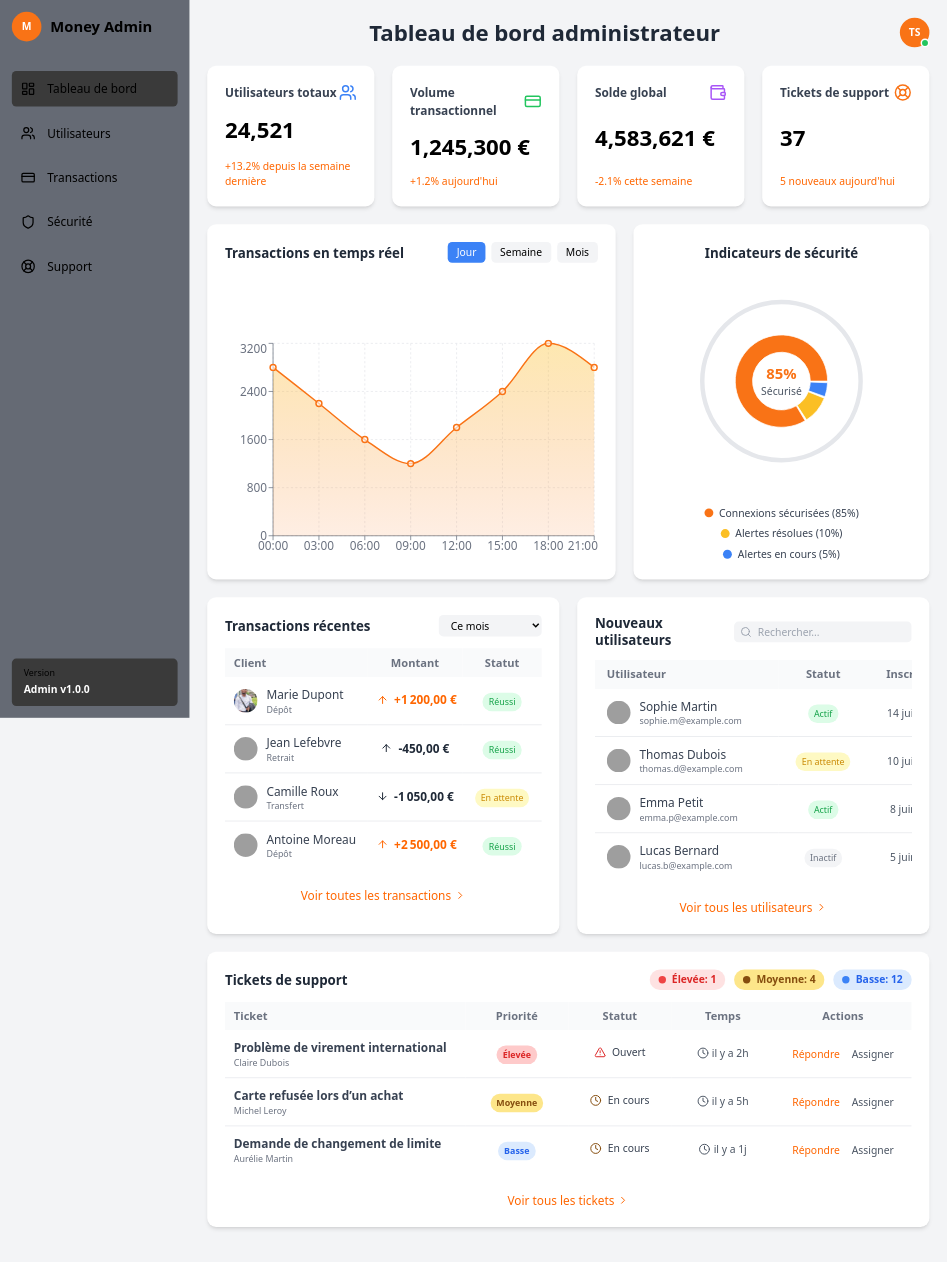
Repository: Edongo999/Dashboard
Page: /
The author's editor kept a copy of each file at every save. The page is drawn from the files as they stood at one save, then again after the next save.
The browser window is 1280 px wide. The pictures show the whole page, at 74% of full size.
Pictures or frames that could not be fetched are drawn as grey boxes. The project was rebuilt for these pictures with package versions that can differ from the ones it lists, and the page was loaded fresh each time. Also part of the build but not shown: vite.config.ts.

Above is the page before, as saved 2025-10-15 08:21:05.

### index.html
<!doctype html>
<html lang="en">
  <head>
    <meta charset="UTF-8" />
    <link rel="icon" type="image/svg+xml" href="/vite.svg" />
    <meta name="viewport" content="width=device-width, initial-scale=1.0" />
    <title>mon_dashboard</title>
  </head>
  <body>
    <div id="root"></div>
    <script type="module" src="/src/main.tsx"></script>
  </body>
</html>

### src/App.tsx
import Sidebar from "./components/Sidebar"
import StatBlock from "./components/StatBlock"
import UserAvatar from "./components/UserAvatar"
import RealtimeChart from "./components/RealtimeChart"
import SecurityIndicators from "./components/SecurityIndicators"
import RecentActivity from "./components/RecentActivity"
import NewUsersTable from "./components/NewUsersTable"
import SupportTickets from "./components/SupportTickets"
import { Users, CreditCard, Wallet, LifeBuoy } from "lucide-react"

const App = () => {
  const kpis = [
    {
      title: "Utilisateurs totaux",
      value: "24,521",
      subtext: "+13.2% depuis la semaine dernière",
      icon: <Users />,
      iconColor: "text-blue-500"
    },
    {
      title: "Volume transactionnel",
      value: "1,245,300 €",
      subtext: "+1.2% aujourd'hui",
      icon: <CreditCard />,
      iconColor: "text-green-500"
    },
    {
      title: "Solde global",
      value: "4,583,621 €",
      subtext: "-2.1% cette semaine",
      icon: <Wallet />,
      iconColor: "text-purple-500"
    },
    {
      title: "Tickets de support",
      value: "37",
      subtext: "5 nouveaux aujourd'hui",
      icon: <LifeBuoy />,
      iconColor: "text-orange-500"
    }
  ]

  return (
    <div className="flex min-h-screen bg-[#F3F4F6]">

      {/* ✅ Sidebar monté une seule fois, gère le responsive */}
      <Sidebar />

      {/* ✅ Contenu principal */}
      <main className="flex-1 overflow-auto p-6">

        {/* ✅ Titre centré en mobile, une ligne en desktop + avatar fixe */}
        <div className="relative mb-6">
          {/* ✅ Avatar toujours en haut à droite */}
          <div className="absolute top-0 right-0">
            <UserAvatar />
          </div>

          {/* ✅ Titre centré en mobile, inline en desktop */}
          <h1 className="text-3xl font-bold text-gray-800 leading-snug text-center pr-16">
            <span className="block lg:inline">Tableau de bord</span>
            <span className="block lg:inline"> administrateur</span>
          </h1>
        </div>

        {/* ✅ Cartes KPI */}
        <div className="grid grid-cols-1 sm:grid-cols-2 lg:grid-cols-4 gap-6 mb-6">
          {kpis.map((kpi, i) => (
            <StatBlock key={i} {...kpi} />
          ))}
        </div>

        {/* ✅ Section monitoring élargie sur desktop */}
        <div className="grid grid-cols-1 lg:grid-cols-[1.6fr_400px] gap-6 mb-6 w-full">
          <RealtimeChart />
          <SecurityIndicators />
        </div>

        {/* ✅ Section activité + utilisateurs côte à côte */}
        <div className="grid grid-cols-1 lg:grid-cols-2 gap-6 mb-6">
          <RecentActivity />
          <NewUsersTable />
        </div>

        {/* ✅ Dernière section : tickets de support */}
        <div className="grid grid-cols-1 gap-6 mb-6">
          <SupportTickets />
        </div>
      </main>
    </div>
  )
}

export default App

### src/components/Sidebar.tsx

import {
  LayoutDashboard,
  Users,
  CreditCard,
  Shield,
  LifeBuoy,
  Menu,
  XIcon
} from "lucide-react"
import { useState } from "react"

const Sidebar = () => {
  const [mobileOpen, setMobileOpen] = useState(false)
  const [active, setActive] = useState("Tableau de bord")

  const menuItems = [
    { label: "Tableau de bord", icon: <LayoutDashboard size={20} /> },
    { label: "Utilisateurs", icon: <Users size={20} /> },
    { label: "Transactions", icon: <CreditCard size={20} /> },
    { label: "Sécurité", icon: <Shield size={20} /> },
    { label: "Support", icon: <LifeBuoy size={20} /> }
  ]

  const renderMenu = () => (
    <>
      <div className="flex items-center gap-3 mb-10">
        <div className="bg-orange-500 text-white rounded-full w-10 h-10 flex items-center justify-center font-bold text-sm shrink-0">
          M
        </div>
        <span className="text-xl font-semibold whitespace-nowrap">Money Admin</span>
      </div>

      <ul className="space-y-3">
        {menuItems.map((item) => (
          <li key={item.label}>
            <a
              onClick={() => setActive(item.label)}
              className={`flex items-center gap-4 py-3 px-3 text-[16px] rounded-md transition-all duration-300 ${
                active === item.label
                  ? "bg-[#3A3A3A]"
                  : "hover:bg-neutral-600 hover:scale-[1.02]"
              }`}
            >
              {item.icon}
              {item.label}
            </a>
          </li>
        ))}
      </ul>
    </>
  )

  return (
    <>
      {/* ✅ Bouton hamburger mobile */}
      <button
        className="lg:hidden fixed top-4 left-4 z-50 bg-white p-2 rounded-md shadow-md"
        onClick={() => setMobileOpen(true)}
      >
        <Menu className="text-gray-800" />
      </button>

      {/* ✅ Overlay mobile */}
      {mobileOpen && (
        <div
          className="fixed inset-0 z-40 bg-black/30 lg:hidden"
          onClick={() => setMobileOpen(false)}
        />
      )}

      {/* ✅ Sidebar mobile avec bouton de fermeture */}
      <aside
        className={`fixed top-0 left-0 w-64 h-full bg-[#656A74] text-neutral-content p-4 z-50 transition-transform duration-300 ${
          mobileOpen ? "translate-x-0" : "-translate-x-full"
        } lg:hidden`}
      >
        <div className="flex justify-end mb-4">
          <button onClick={() => setMobileOpen(false)}>
            <XIcon className="text-white" />
          </button>
        </div>
        <div className="flex flex-col justify-between h-full">
          <div>{renderMenu()}</div>
          <div className="mt-10">
            <div className="bg-[#3A3A3A] rounded-md px-4 py-3 text-xs text-neutral-content/70">
              <p className="mb-1">Version</p>
              <span className="font-semibold text-sm text-white">Admin v1.0.0</span>
            </div>
          </div>
        </div>
      </aside>

      {/* ✅ Sidebar desktop avec hauteur personnalisable */}
      <aside className="hidden lg:flex flex-col w-64 h-[970px] bg-[#656A74] text-neutral-content p-4">
        <div className="flex flex-col justify-between h-full">
          <div>{renderMenu()}</div>
          <div className="mt-auto">
            <div className="bg-[#3A3A3A] rounded-md px-4 py-3 text-xs text-neutral-content/70">
              <p className="mb-1">Version</p>
              <span className="font-semibold text-sm text-white">Admin v1.0.0</span>
            </div>
          </div>
        </div>
      </aside>
    </>
  )
}

export default Sidebar

### src/components/StatBlock.tsx
import { motion } from "framer-motion"

type StatBlockProps = {
  title: string
  value: string
  subtext: string
  icon: React.ReactNode
  iconColor: string
}

const StatBlock = ({ title, value, subtext, icon, iconColor }: StatBlockProps) => {
  return (
    <motion.div
      initial={{ opacity: 0, y: 30 }}
      animate={{ opacity: 1, y: 0 }}
      whileHover={{ scale: 1.03, y: -5 }}
      transition={{ duration: 0.3, ease: "easeOut" }}
      // 🔧 MODIFICATION ICI : largeur dynamique
      // Remplace `max-w-[240px]` par `flex-1` pour que chaque carte s’étire dans le layout
      className="bg-white shadow-md p-6 rounded-[12px] flex flex-col justify-between flex-1 h-[190px]"
    >
      <div className="flex justify-between items-center">
        <h3 className="text-base font-semibold text-gray-700">{title}</h3>
        <div className={`text-2xl ${iconColor}`}>{icon}</div>
      </div>
      <p className="text-3xl font-bold mt-2 text-black">{value}</p>
      <p className="text-sm mt-2 text-[#FF6600] font-medium">{subtext}</p>
    </motion.div>
  )
}

export default StatBlock

### src/components/UserAvatar.tsx
const UserAvatar = () => {
  return (
    <div className="relative">
      <div className="w-10 h-10 rounded-full bg-orange-500 text-white flex items-center justify-center font-bold text-sm">
        TS
      </div>
      <span className="absolute bottom-0 right-0 w-3 h-3 rounded-full border-2 border-white bg-green-500" />
    </div>
  )
}

export default UserAvatar

### src/components/RealtimeChart.tsx


import {
  AreaChart,
  Area,
  XAxis,
  YAxis,
  Tooltip,
  CartesianGrid,
  ResponsiveContainer
} from "recharts"
import { useState } from "react"

const datasets = {
  jour: [
    { time: "00:00", value: 2800 },
    { time: "03:00", value: 2200 },
    { time: "06:00", value: 1600 },
    { time: "09:00", value: 1200 },
    { time: "12:00", value: 1800 },
    { time: "15:00", value: 2400 },
    { time: "18:00", value: 3200 },
    { time: "21:00", value: 2800 }
  ],
  semaine: [
    { time: "Lun", value: 5400 },
    { time: "Mar", value: 6200 },
    { time: "Mer", value: 5800 },
    { time: "Jeu", value: 6900 },
    { time: "Ven", value: 7200 },
    { time: "Sam", value: 5100 },
    { time: "Dim", value: 4300 }
  ],
  mois: [
    { time: "S1", value: 18000 },
    { time: "S2", value: 22000 },
    { time: "S3", value: 19500 },
    { time: "S4", value: 25000 }
  ]
}

const RealtimeChart = () => {
  const [view, setView] = useState<"jour" | "semaine" | "mois">("jour")

  return (
    // ✅ Largeur fluide, hauteur augmentée
    <div className="bg-white rounded-[12px] shadow-md p-6 w-full flex flex-col justify-between min-h-[480px]">

      <div className="flex items-center justify-between flex-wrap gap-4 mb-4">
        <h2 className="text-lg font-semibold text-gray-800">Transactions en temps réel</h2>
        <div className="flex gap-2">
          {["jour", "semaine", "mois"].map((v) => (
            <button
              key={v}
              onClick={() => setView(v as "jour" | "semaine" | "mois")}
              className={`text-sm px-3 py-1 rounded-md ${
                view === v ? "bg-blue-500 text-white" : "bg-gray-100 hover:bg-gray-200"
              }`}
            >
              {v.charAt(0).toUpperCase() + v.slice(1)}
            </button>
          ))}
        </div>
      </div>

      <div className="w-full h-[300px]">
        <ResponsiveContainer width="100%" height="100%">
          <AreaChart data={datasets[view]}>
            <defs>
              <linearGradient id="colorValue" x1="0" y1="0" x2="0" y2="1">
                <stop offset="0%" stopColor="#FBBF24" stopOpacity={0.6} />
                <stop offset="100%" stopColor="#F97316" stopOpacity={0.2} />
              </linearGradient>
            </defs>
            <CartesianGrid strokeDasharray="3 3" stroke="#E5E7EB" />
            <XAxis dataKey="time" stroke="#6B7280" />
            <YAxis stroke="#6B7280" />
            <Tooltip
              contentStyle={{ backgroundColor: "#fff", borderRadius: "8px", border: "none" }}
              labelStyle={{ color: "#374151", fontWeight: "500" }}
            />
            <Area
              type="monotone"
              dataKey="value"
              stroke="#F97316"
              strokeWidth={2}
              fill="url(#colorValue)"
              dot={{ r: 4, stroke: "#F97316", strokeWidth: 2, fill: "#fff" }}
            />
          </AreaChart>
        </ResponsiveContainer>
      </div>
    </div>
  )
}

export default RealtimeChart

### src/components/SecurityIndicators.tsx
import {
  PieChart,
  Pie,
  Cell,
  ResponsiveContainer
} from "recharts"

type SecurityLabel = "Connexions sécurisées" | "Alertes résolues" | "Alertes en cours"

const rawData: { name: SecurityLabel; value: number }[] = [
  { name: "Connexions sécurisées", value: 85 },
  { name: "Alertes résolues", value: 10 },
  { name: "Alertes en cours", value: 5 }
]

const COLOR_MAP: Record<SecurityLabel, string> = {
  "Connexions sécurisées": "#F97316",
  "Alertes résolues": "#FBBF24",
  "Alertes en cours": "#3B82F6"
}

const SecurityIndicators = () => {
  const total = rawData.reduce((sum, item) => sum + item.value, 0)

  const data = rawData.map((item) => ({
    ...item,
    percent: ((item.value / total) * 100).toFixed(0) + "%",
    color: COLOR_MAP[item.name]
  }))

  return (
    // ✅ Largeur fluide, aligné à gauche sur desktop, centré sur mobile
    <div className="bg-white rounded-[12px] shadow-md p-6 w-full lg:mx-0 mx-auto flex flex-col items-center justify-between min-h-[480px]">

      {/* ✅ Titre centré */}
      <h2 className="text-lg font-semibold text-gray-800 text-center">Indicateurs de sécurité</h2>

      {/* ✅ Donut centré */}
      <div className="relative flex items-center justify-center mt-4 mb-6 w-full aspect-square max-w-[220px]">
        <div className="w-full h-full rounded-full border-[6px] border-gray-200 flex items-center justify-center">
          <div className="w-[80%] h-[80%]">
            <ResponsiveContainer width="100%" height="100%">
              <PieChart>
                <Pie
                  data={data}
                  dataKey="value"
                  innerRadius="50%"
                  outerRadius="80%"
                  paddingAngle={2}
                >
                  {data.map((item) => (
                    <Cell key={item.name} fill={item.color} />
                  ))}
                </Pie>
              </PieChart>
            </ResponsiveContainer>
          </div>

          {/* ✅ Texte centré dans le donut */}
          <div className="absolute text-center">
            <p className="text-xl font-bold text-orange-500">85%</p>
            <p className="text-sm text-gray-600">Sécurisé</p>
          </div>
        </div>
      </div>

      {/* ✅ Légende centrée */}
      <div className="flex flex-col items-center gap-2 text-sm text-gray-700">
        {data.map((item) => (
          <div key={item.name} className="flex items-center gap-2">
            <span
              className="w-3 h-3 rounded-full"
              style={{ backgroundColor: item.color }}
            />
            <span>{item.name} ({item.percent})</span>
          </div>
        ))}
      </div>
    </div>
  )
}

export default SecurityIndicators

### src/components/NewUsersTable.tsx
import { ChevronRight, Search, X } from "lucide-react"
import { useState } from "react"

// ✅ Liste des utilisateurs (tu peux ajouter le champ avatar si tu veux gérer les images)
const users = [
  {
    name: "Sophie Martin",
    email: "sophie.m@example.com",
    status: "Actif",
    date: "14 juin 2023",
    avatar: "/src/assets/images/sophie.jpg" // 👉 Tu insères tes propres images ici
  },
  {
    name: "Thomas Dubois",
    email: "thomas.d@example.com",
    status: "En attente",
    date: "10 juin 2023",
    avatar: "/src/assets/images/thomas.jpg"
  },
  {
    name: "Emma Petit",
    email: "emma.p@example.com",
    status: "Actif",
    date: "8 juin 2023",
    avatar: "/src/assets/images/emma.jpg"
  },
  {
    name: "Lucas Bernard",
    email: "lucas.b@example.com",
    status: "Inactif",
    date: "5 juin 2023",
    avatar: "/src/assets/images/lucas.jpg"
  }
]

const NewUsersTable = () => {
  const [zoomedImage, setZoomedImage] = useState<string | null>(null)

  return (
    <div className="bg-white rounded-[12px] shadow-md p-6 w-full lg:max-w-[600px]">

      {/* ✅ Titre + barre de recherche sur la même ligne */}
      <div className="flex justify-between items-center mb-4">
        <h2 className="text-lg font-bold text-gray-800 leading-tight">
          Nouveaux<br />utilisateurs
        </h2>
        <div className="relative w-[240px]">
          <input
            type="text"
            placeholder="Rechercher..."
            className="text-sm bg-gray-100 pl-8 pr-3 py-1 rounded-md w-full"
          />
          <Search className="absolute left-2 top-1.5 w-4 h-4 text-gray-400" />
        </div>
      </div>

      {/* ✅ Tableau avec animation et zoom image */}
      <div className="overflow-x-auto">
        <table className="min-w-[500px] w-full text-[15px] text-left">
          <thead>
            <tr className="bg-[#F9FAFB] text-gray-500 font-normal">
              <th className="py-2 px-4">Utilisateur</th>
              <th className="py-2 px-4 text-center">Statut</th>
              <th className="py-2 px-4 text-center">Inscription</th>
            </tr>
          </thead>
          <tbody className="divide-y divide-gray-200">
            {users.map((user, i) => {
              const statusColor =
                user.status === "Actif"
                  ? "bg-green-100 text-green-600"
                  : user.status === "En attente"
                  ? "bg-yellow-100 text-yellow-600"
                  : "bg-gray-100 text-gray-500"

              return (
                <tr
                  key={i}
                  className="text-gray-700 align-middle text-[16px] transition duration-200 hover:bg-gray-50"
                >
                  <td className="py-3 px-4">
                    <div className="flex items-center gap-3">
                      {/* ✅ Avatar avec effet de zoom et icône d’indication */}
                      <div
                        className="relative group cursor-pointer"
                        onClick={() => setZoomedImage(user.avatar)}
                      >
                        <img
                          src={user.avatar}
                          alt={user.name}
                          className="w-8 h-8 rounded-full object-cover transition-transform duration-300 group-hover:scale-110"
                        />
                        {/* ✅ Indicateur visuel au survol */}
                        <div className="absolute inset-0 rounded-full bg-black bg-opacity-30 opacity-0 group-hover:opacity-100 flex items-center justify-center transition-opacity">
                          <span className="text-white text-xs">🔍</span>
                        </div>
                      </div>

                      {/* ✅ Nom + email */}
                      <div className="whitespace-nowrap">
                        <p className="font-medium">{user.name}</p>
                        <p className="text-xs text-gray-500">{user.email}</p>
                      </div>
                    </div>
                  </td>

                  {/* ✅ Statut avec badge coloré */}
                  <td className="py-3 px-4 text-center">
                    <span className={`px-2 py-1 rounded-full text-xs font-medium ${statusColor}`}>
                      {user.status}
                    </span>
                  </td>

                  {/* ✅ Date d’inscription */}
                  <td className="py-3 px-4 text-center">
                    <span className="text-sm text-gray-600">{user.date}</span>
                  </td>
                </tr>
              )
            })}
          </tbody>
        </table>
      </div>

      {/* ✅ Bouton en bas */}
        <div className="mt-6 flex justify-center">
    <button className="text-base text-[#FF6600] font-medium hover:underline flex items-center gap-1">
        Voir tous les utilisateurs <ChevronRight className="w-4 h-4" style={{ color: "#FF6600" }} />
    </button>
    </div>


      {/* ✅ Modal zoom image */}
      {zoomedImage && (
        <div className="fixed inset-0 bg-black bg-opacity-60 flex items-center justify-center z-50">
          <div className="relative bg-white rounded-lg p-4 shadow-lg max-w-sm w-full">
            <button
              onClick={() => setZoomedImage(null)}
              className="absolute top-2 right-2 text-gray-500 hover:text-gray-800"
            >
              <X className="w-5 h-5" />
            </button>
            <img
              src={zoomedImage}
              alt="Zoom"
              className="w-full h-auto rounded-md object-cover"
            />
          </div>
        </div>
      )}
    </div>
  )
}

export default NewUsersTable

Loaded but not shown: src/main.tsx (common file); src/index.css (common file); tailwind.config.js (26 lines, source omitted); src/components/SupportTickets.tsx (161 lines, source omitted); src/components/RecentActivity.tsx (162 lines, source omitted)

After the next save:
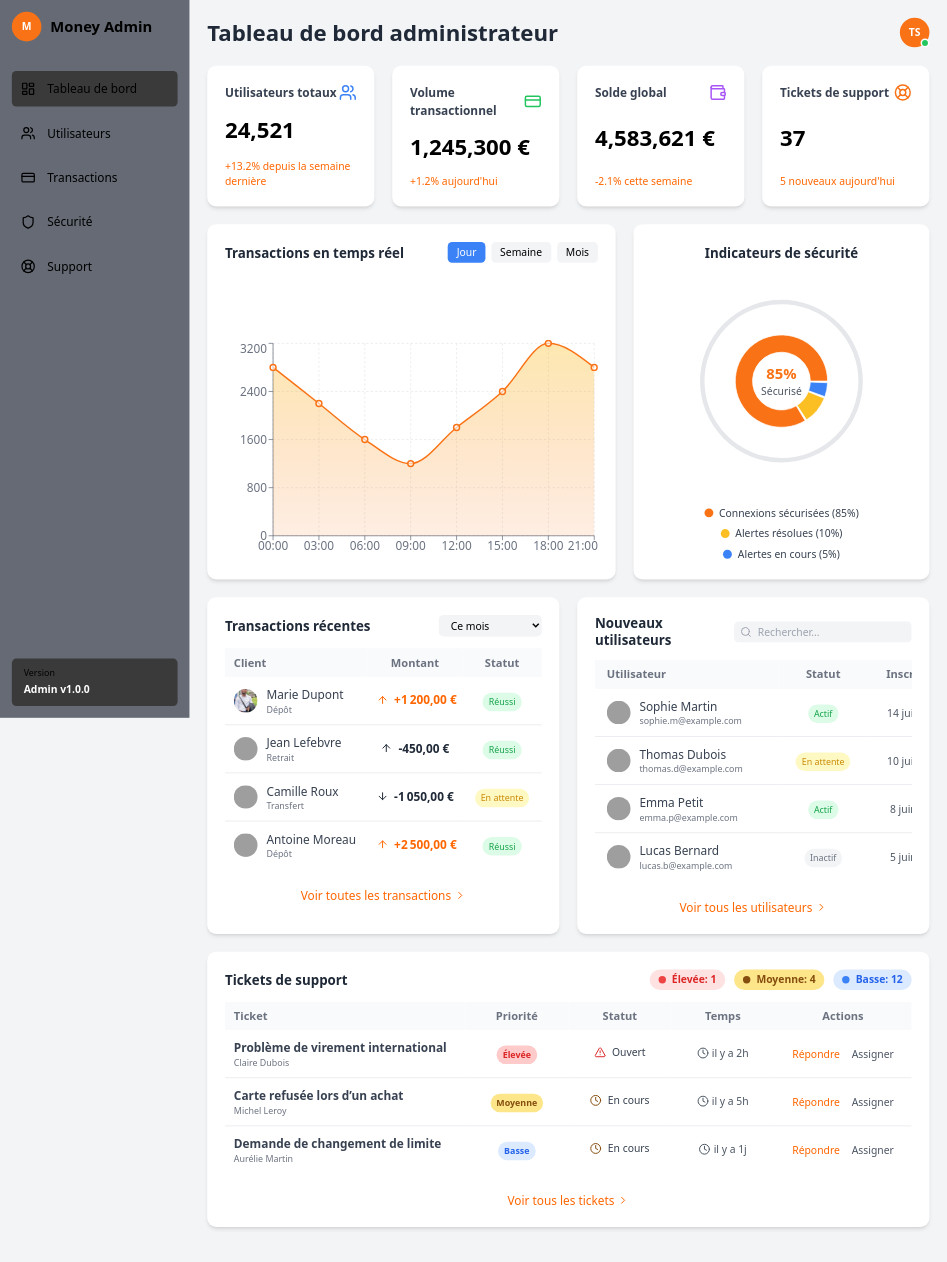
Saved 3 min 53 s later.
--- a/src/App.tsx
+++ b/src/App.tsx
@@ -50,18 +50,19 @@ const App = () => {
       <main className="flex-1 overflow-auto p-6">
 
         {/* ✅ Titre centré en mobile, une ligne en desktop + avatar fixe */}
+
         <div className="relative mb-6">
-          {/* ✅ Avatar toujours en haut à droite */}
-          <div className="absolute top-0 right-0">
-            <UserAvatar />
-          </div>
+  {/* ✅ Avatar toujours en haut à droite */}
+  <div className="absolute top-0 right-0">
+    <UserAvatar />
+  </div>
 
-          {/* ✅ Titre centré en mobile, inline en desktop */}
-          <h1 className="text-3xl font-bold text-gray-800 leading-snug text-center pr-16">
-            <span className="block lg:inline">Tableau de bord</span>
-            <span className="block lg:inline"> administrateur</span>
-          </h1>
-        </div>
+  {/* ✅ Titre centré en mobile, aligné à gauche en desktop */}
+  <h1 className="text-3xl font-bold text-gray-800 leading-snug text-center lg:text-left pr-16">
+    <span className="block lg:inline">Tableau de bord</span>
+    <span className="block lg:inline"> administrateur</span>
+  </h1>
+</div>
 
         {/* ✅ Cartes KPI */}
         <div className="grid grid-cols-1 sm:grid-cols-2 lg:grid-cols-4 gap-6 mb-6">
